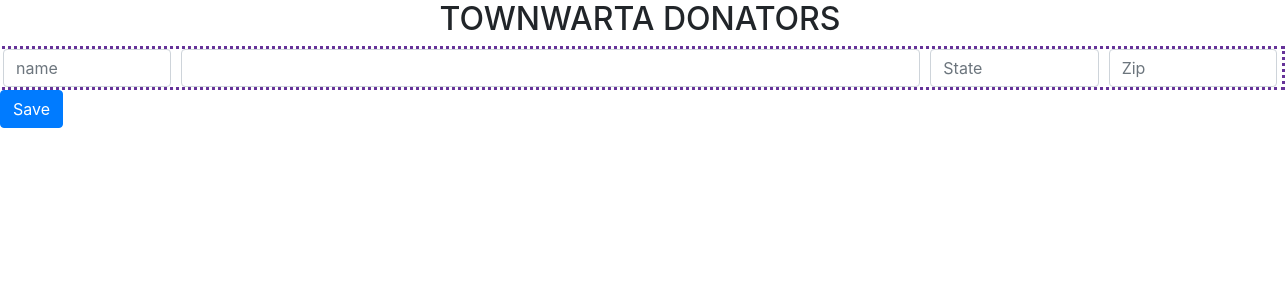
Repository: shivanand1988-28-06/townwarta
Page: http://localhost/donator/donator
An editor plug-in stored every save of this project. The page is shown before and after the next save, followed by the edit.
The browser window is 1280 px wide. The page is 1285 px wide, so the pictures cover 1285 px, including what lies to the right of the window. The pictures show the whole page.
The page is served by the project's Node server (Townwarta.js).

Above is the page before, as saved 2022-08-30 21:11:07.

After the next save:
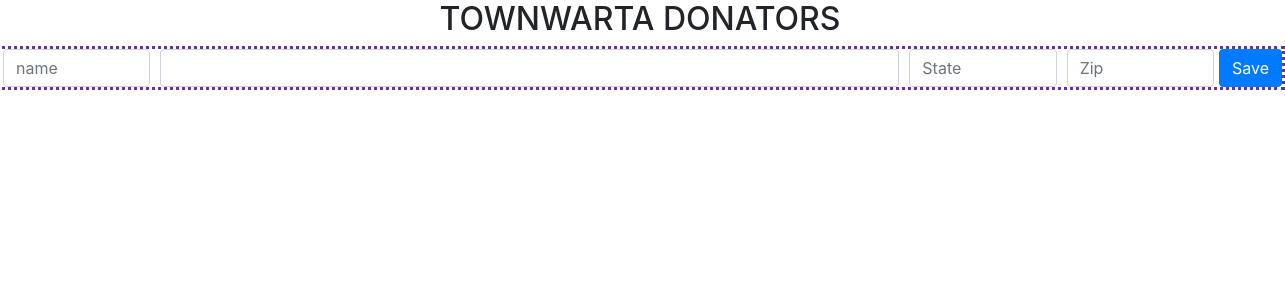
Saved 32 s later.
--- a/views/articles/donator.ejs
+++ b/views/articles/donator.ejs
@@ -24,9 +24,10 @@
           <div class="col">
             <input type="text" class="form-control" placeholder="Zip">
           </div>
-        </div>
-        <div>
+          <div>
             <button type="submit" class="btn btn-primary">Save</button>
         </div>
+        </div>
+
       </form>
 </body>
